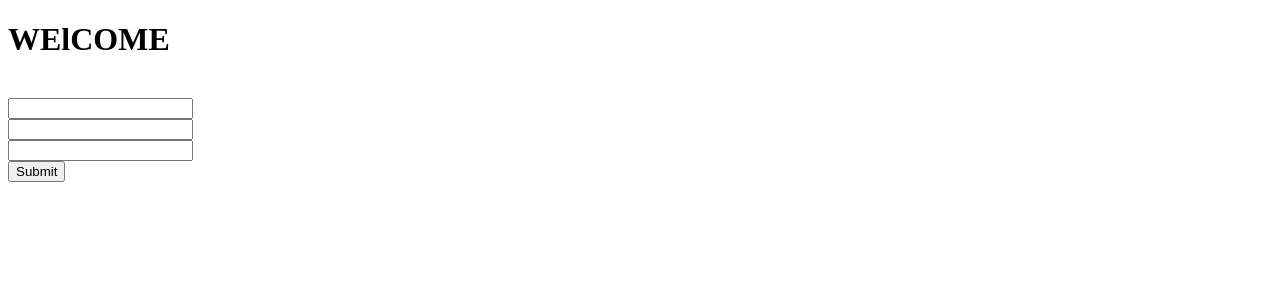
Repository: sandipgole/SpringBoot
Page: http://localhost/08_Jpa_mvc_H2_partTwo/
The author's editor kept a copy of each file at every save. The page is drawn from the files as they stood at one save, then again after the next save.
The browser window is 1280 px wide. The pictures show the whole page.
The page is served by Tomcat 9. Other server files are loaded and not shown.

Above is the page before, as saved 2019-11-23 10:33:53.

### 08_Jpa_mvc_H2_partTwo/src/main/webapp/index.jsp
<%@ page language="java" contentType="text/html; charset=ISO-8859-1"
    pageEncoding="ISO-8859-1"%>
<!DOCTYPE html>
<html>
<head>
<meta charset="ISO-8859-1">
<title>Insert title here</title>
</head>
<body>
<h1>WElCOME</h1><br>
	<form action="addAlien">
		<input type="text" name="aid"><br>
		<input type ="text" name="aname"><br>
		<input type="text" name="atech"><br>
		<input type="submit"><br>


	</form>
</body>
</html>

After the next save:
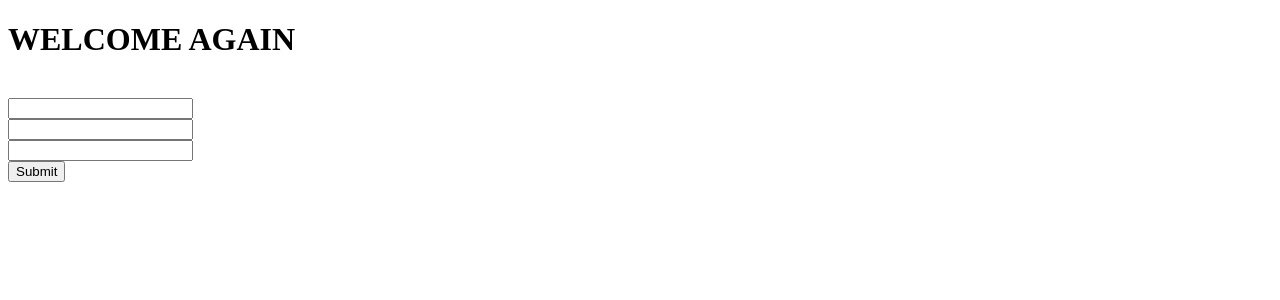
Saved 15 s later.
--- a/08_Jpa_mvc_H2_partTwo/src/main/webapp/index.jsp
+++ b/08_Jpa_mvc_H2_partTwo/src/main/webapp/index.jsp
@@ -7,7 +7,7 @@
 <title>Insert title here</title>
 </head>
 <body>
-<h1>WElCOME</h1><br>
+<h1>WELCOME AGAIN</h1><br>
 	<form action="addAlien">
 		<input type="text" name="aid"><br>
 		<input type ="text" name="aname"><br>
